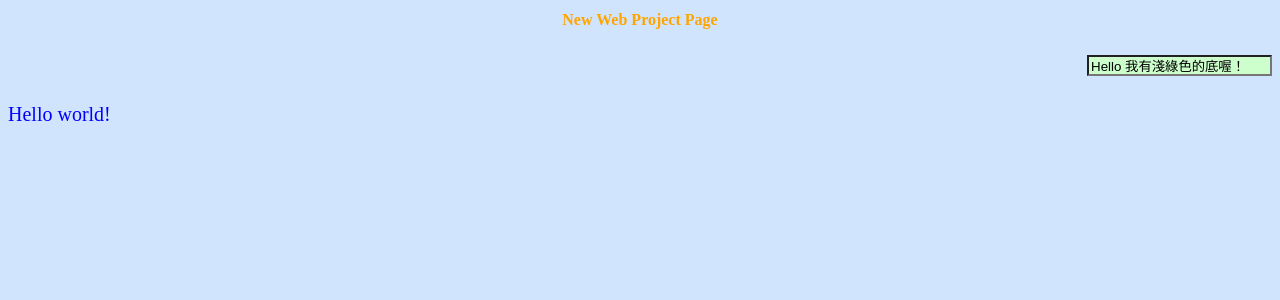
Repository: ericluo1123/myWebCode
Page: myWebProject/index.html
The author's editor kept a copy of each file at every save. The page is drawn from the files as they stood at one save, then again after the next save.
The browser window is 1280 px wide. The pictures show the whole page.

Above is the page before, as saved 2014-10-23 05:13:24.

### myWebProject/index.html
<!DOCTYPE HTML PUBLIC "-//W3C//DTD HTML 4.01 Transitional//EN"
"http://www.w3.org/TR/html4/loose.dtd">
<html xmlns="http://www.w3.org/1999/xhtml">
	<head>
		<!-- <link rel=stylesheet type="text/css" href="myCSS.css"> -->
		<style type="text/css">
			@import url(myCSS.css);
		</style>

		<script type="text/javascript" 	src="C:\Users\taianluo\Documents\GitHub\myWebCode\myWebProject\myJavascript.js"></script>
		<meta http-equiv="Content-Type" content="text/html; charset=utf-8" />
		<title>New Web Project</title>
	</head>
	<body>
		<h1>New Web Project Page </h1>
		<h2>
		<input type="Text" value="Hello 我有淺綠色的底喔！"	STYLE="background-color:#ccffcc">
		</h2>
		<p id="para1">
			Hello world!
		</p>
	</body>
</html>

### myWebProject/myCSS.css
body {
	background-color: #d0e4fe;
}

h1 {
	color: orange;
	text-align: center;
	font-size: 12pt;
	font-family:"標楷體"";
}

h2,h3,h4{

		color: green;
	text-align: right;
	font-size: 24pt;
	font-family:"標楷體"";
}

p {
	font-family: "Times New Roman";
	font-size: 20px;
}

#para1 {
    text-align: left;
    color: blue;
}

.center {
    text-align: center;
    color: red;
}

After the next save:
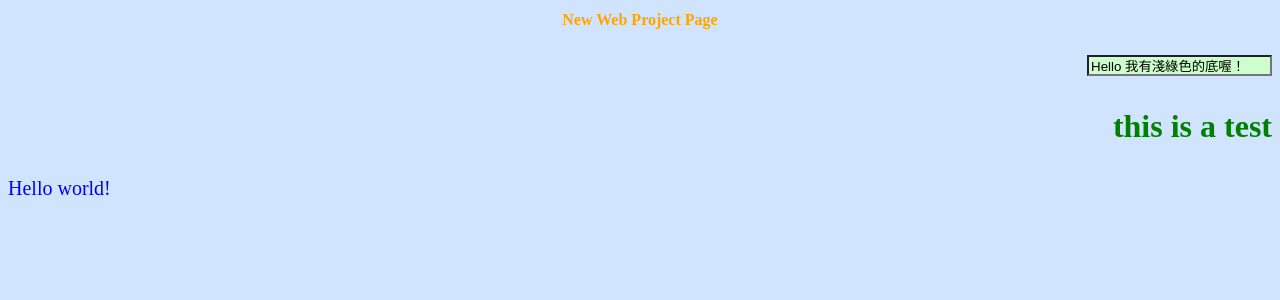
Saved 10 s later.
--- a/myWebProject/index.html
+++ b/myWebProject/index.html
@@ -16,6 +16,7 @@
 		<h2>
 		<input type="Text" value="Hello 我有淺綠色的底喔！"	STYLE="background-color:#ccffcc">
 		</h2>
+		<h3>this is a test</h3>
 		<p id="para1">
 			Hello world!
 		</p>
